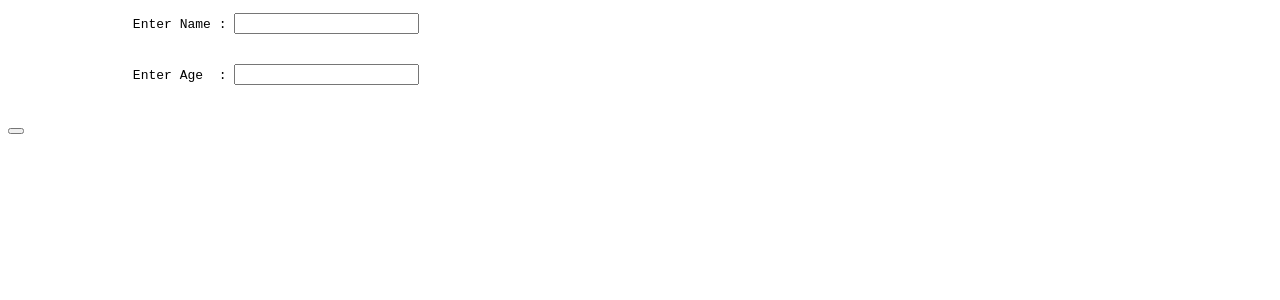
Repository: shafraz17/Servlet
Page: http://localhost/SemLab4/register.jsp
An editor plug-in stored every save of this project. The page is shown before and after the next save, followed by the edit.
The browser window is 1280 px wide. The pictures show the whole page.
The page is served by Tomcat 9. Other server files are loaded and not shown.

Above is the page before, as saved 2019-01-19 04:52:40.

### JSP LAB/SemLab4/WebContent/register.jsp
<%@ page language="java" contentType="text/html; charset=ISO-8859-1"
    pageEncoding="ISO-8859-1"%>
<!DOCTYPE html PUBLIC "-//W3C//DTD HTML 4.01 Transitional//EN" "http://www.w3.org/TR/html4/loose.dtd">
<html>
<head>
<meta http-equiv="Content-Type" content="text/html; charset=ISO-8859-1">
<title>Register User</title>
</head>
<body>
	<form><pre>
		Enter Name : <input type="text"><br><br>
		Enter Age  : <input type="text"><br>
		</pre>
		<button type="submit" name="Submit"></button>


	</form>


</body>
</html>

After the next save:
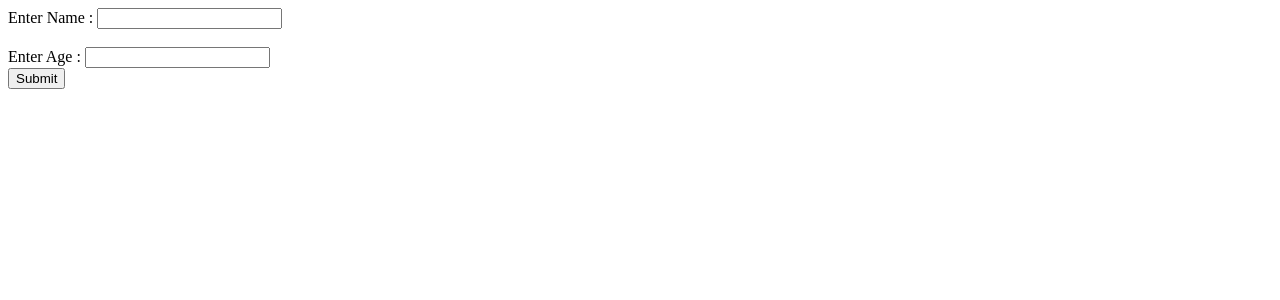
Saved 27 s later.
--- a/JSP LAB/SemLab4/WebContent/register.jsp
+++ b/JSP LAB/SemLab4/WebContent/register.jsp
@@ -7,11 +7,11 @@
 <title>Register User</title>
 </head>
 <body>
-	<form><pre>
+	<form>
 		Enter Name : <input type="text"><br><br>
 		Enter Age  : <input type="text"><br>
-		</pre>
-		<button type="submit" name="Submit"></button>
+
+		<button type="submit" >Submit</button>
 
 
 	</form>
